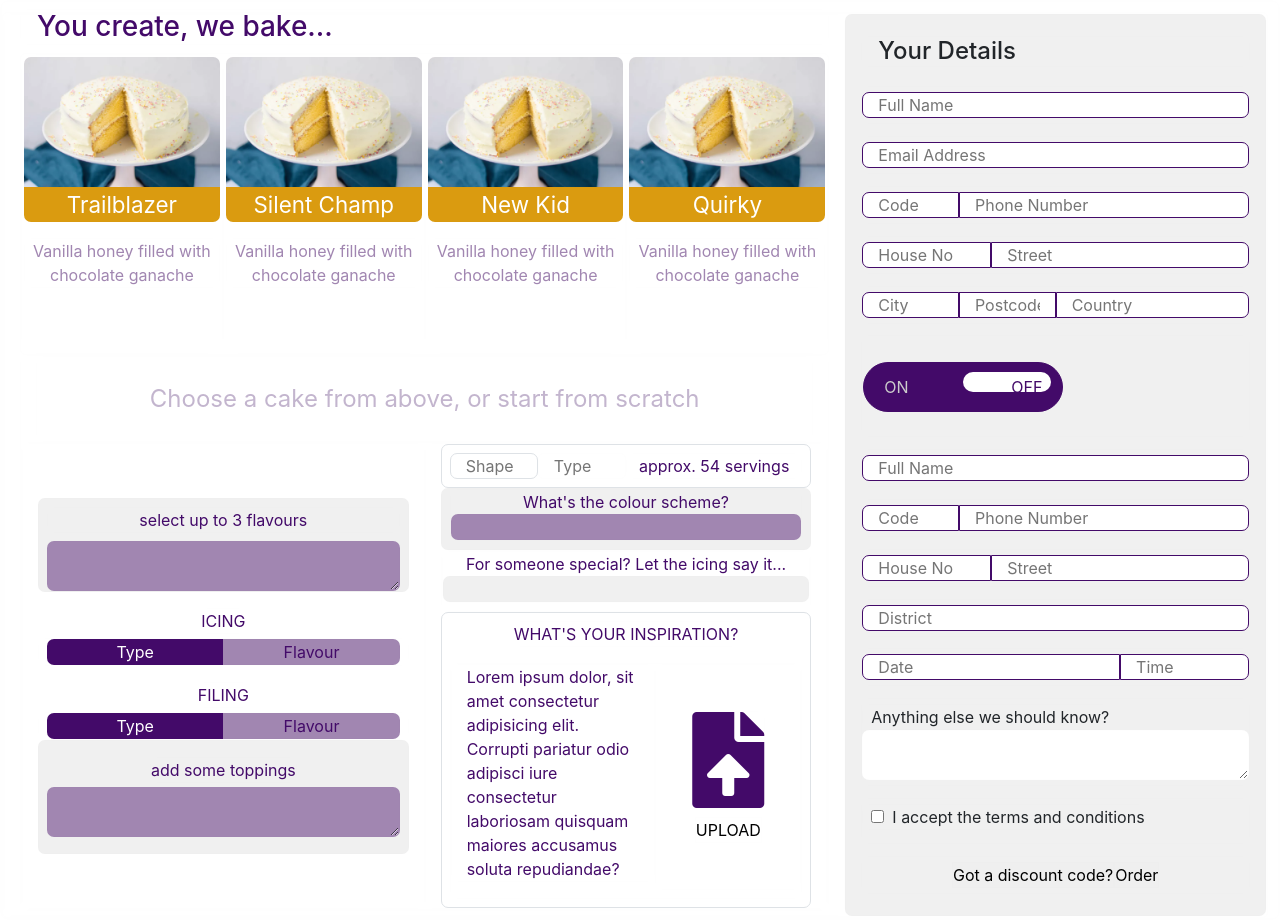
Repository: I-Alpha/BakeryOrderForm
Page: Order-Page.html
The author's editor kept a copy of each file at every save. The page is drawn from the files as they stood at one save, then again after the next save.
The browser window is 1280 px wide. The pictures show the whole page.

Above is the page before, as saved 2020-12-29 04:56:27.

After the next save:
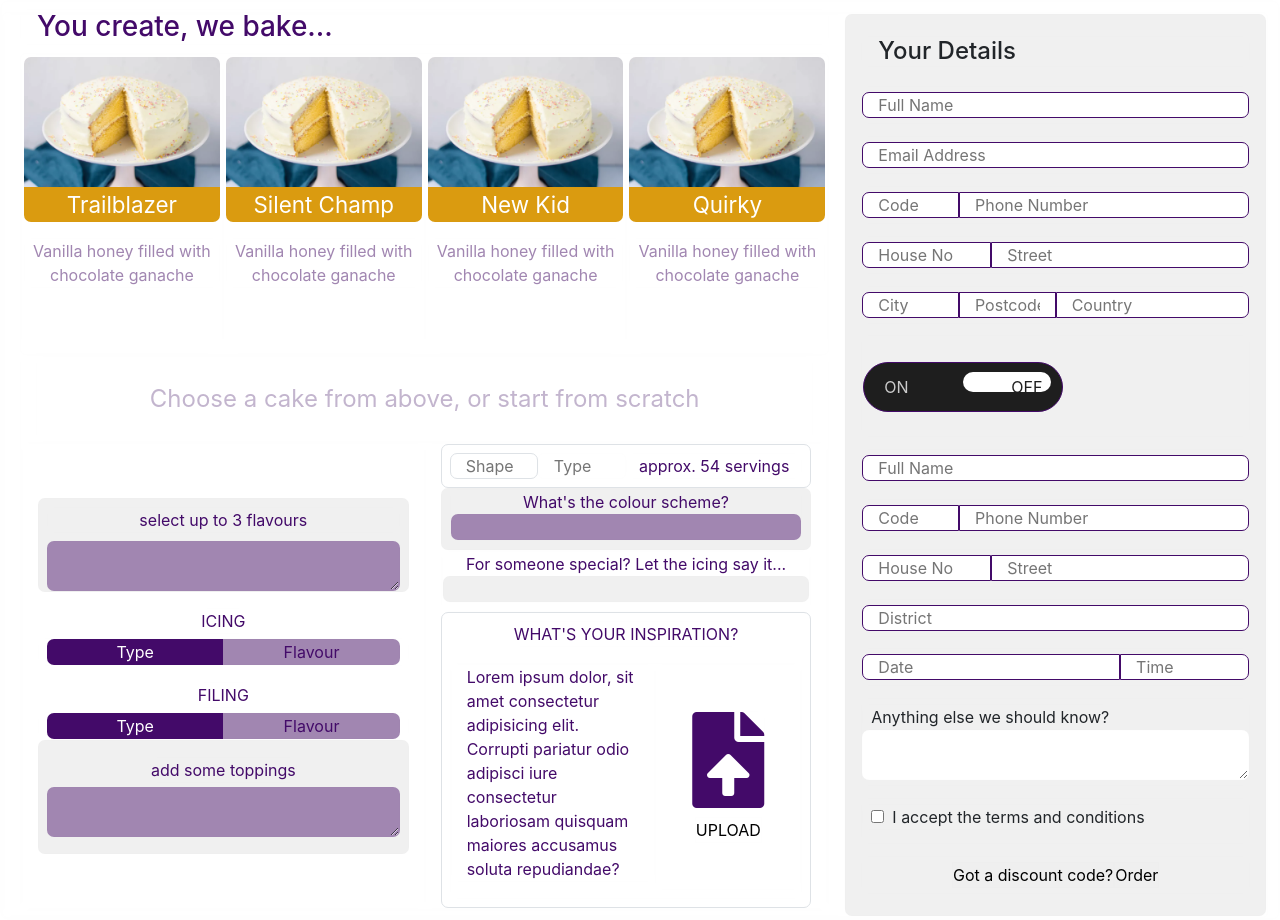
Saved 26 s later.
--- a/Order-Page.html
+++ b/Order-Page.html
@@ -56,7 +56,7 @@
             width: 200px;
             height: 50px;
             border-radius: 25px;
-            background-color:  var(--primary-colour);
+            background-color: #1E1E1E;
         }
 
         body span.switcher input:before,
@@ -107,12 +107,12 @@
         body span.switcher.switcher-1 input:checked+label {
             left: 10px;
             right: 100px;
-            background:  var(--primary-colour);
+            background: #1E1E1E;
             transition: left 0.5s, right 0.4s 0.2s;
         }
 
         body span.switcher.switcher-1 input:not(:checked) {
-            background:  var(--primary-colour);;
+            background: #1E1E1E;
             transition: background 0.5s -0.1s;
         }
 
@@ -122,7 +122,7 @@
         }
 
         body span.switcher.switcher-1 input:not(:checked):after {
-            color:  var(--primary-colour);
+            color: #1E1E1E;
             transition: color 0.5s 0.2s;
         }
 
